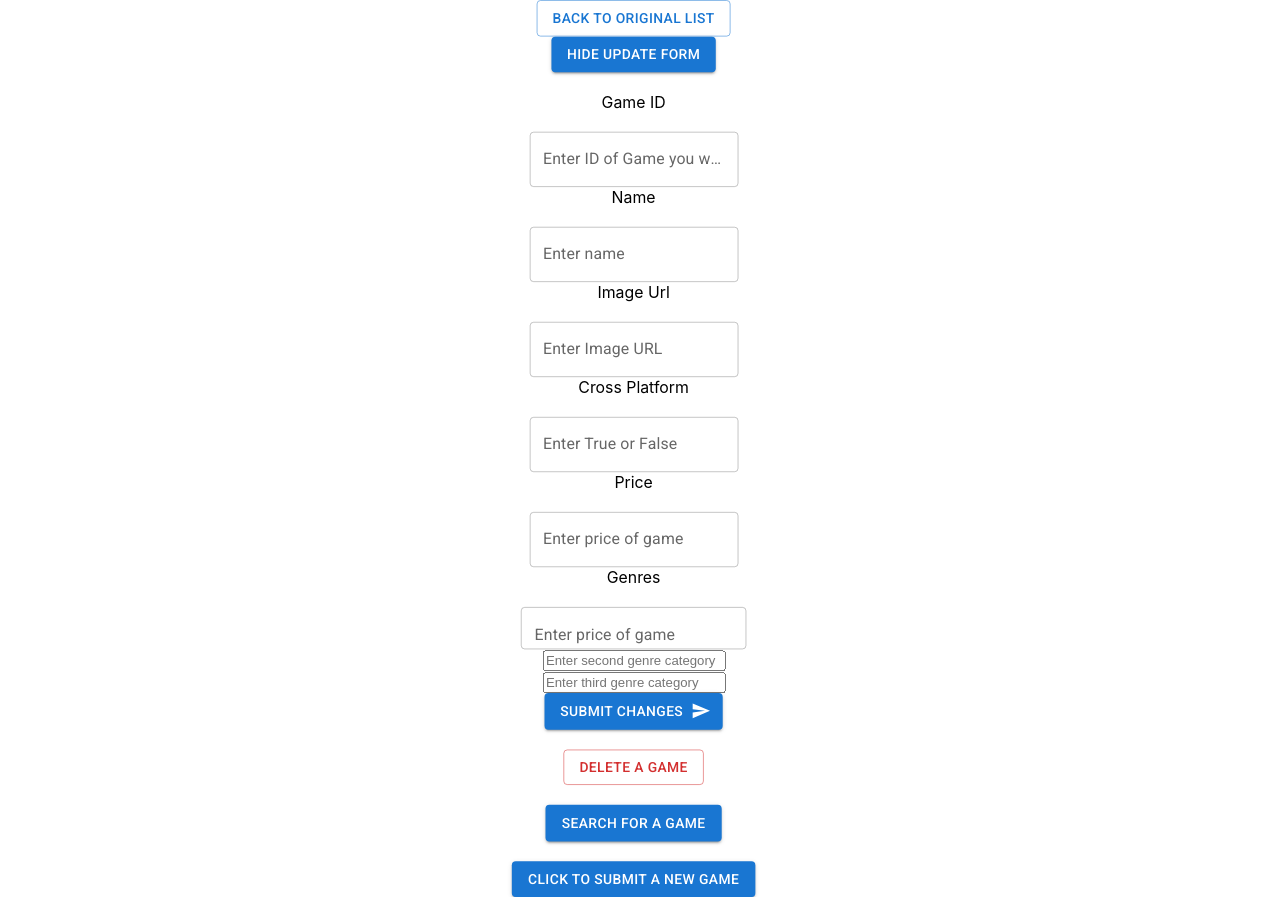
Repository: The-Software-Guild/assessment-2-react-nj10deadend
Page: / (app in Part-2/React-section/frontend/), after clicking the first element matching `button.MuiButton-contained`
The author's editor kept a copy of each file at every save. The page is drawn from the files as they stood at one save, then again after the next save.
The browser window is 1280 px wide. The pictures show the whole page, at 99% of full size.
The page's requests for data from a server got no answer. The project was rebuilt for these pictures with package versions that can differ from the ones it lists, and the page was loaded fresh each time. No one was signed in, and anything a server would have sent is missing. Also part of the build but not shown: Part-2/React-section/frontend/src/components/GameCards.js.

Above is the page before, as saved 2021-12-19 22:33:56.

After the next save:
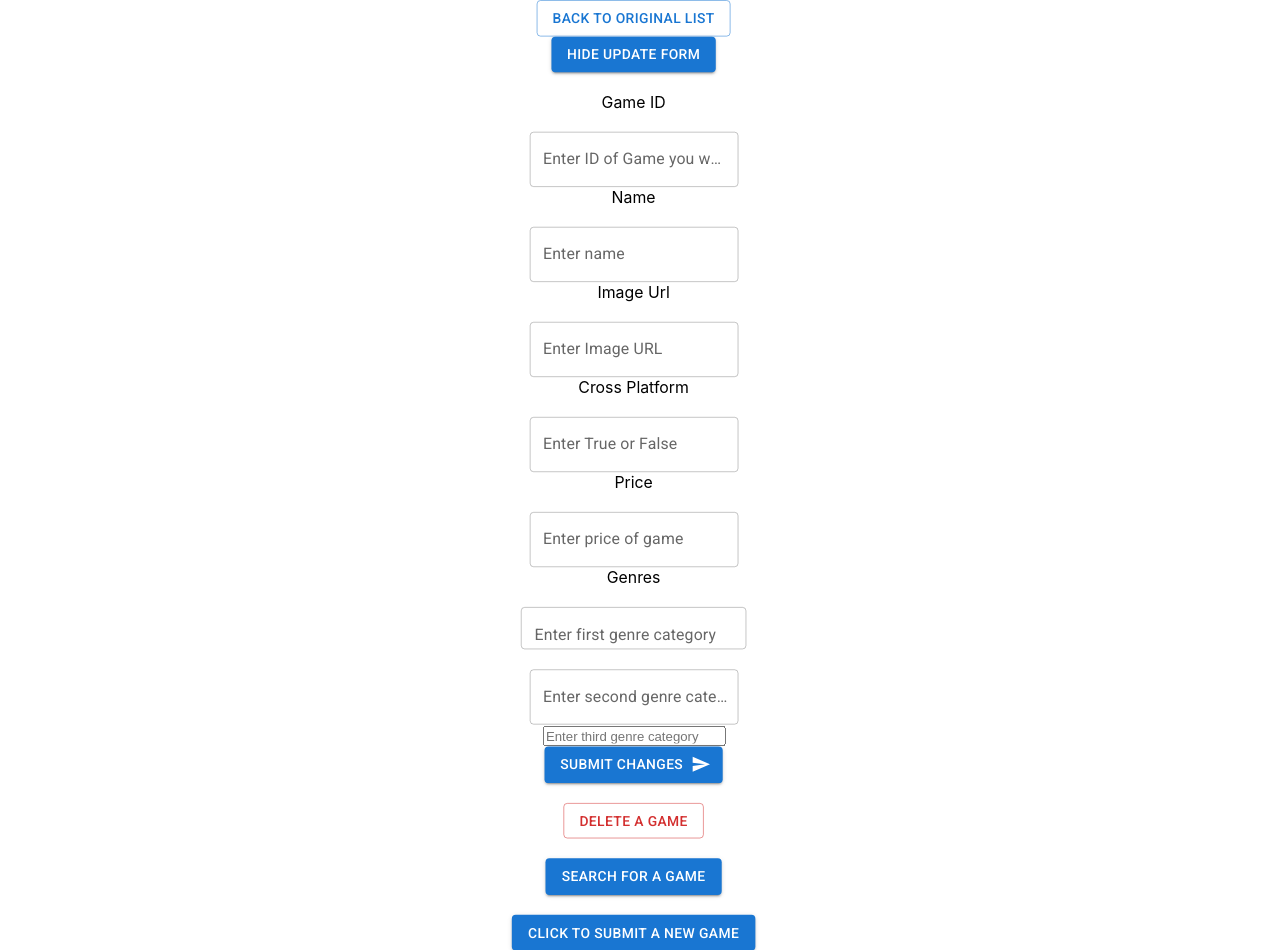
Saved 87 s later.
--- a/Part-2/React-section/frontend/src/components/UpdateGame.js
+++ b/Part-2/React-section/frontend/src/components/UpdateGame.js
@@ -114,14 +114,20 @@ function UpdateGame ({getFetchGameServer}) {
                                 <br></br>
                                 {/* <input type="text" name="genre1" placeholder="Enter first genre category" id="genre1"
                                 value={genres[0]} onChange={(event) => {setGenres([event.target.value, genres[1], genres[2]])}}/> */}
-                                <TextField id="outlined-basic6" label="Enter price of game"
+                                <TextField id="outlined-basic6" label="Enter first genre category"
                                 variant="outlined"
                                 onChange={(event) => {setGenres([event.target.value, genres[1], genres[2]])}}
                                 value = {genres[0]}
                                 />
                                 <br></br>
-                                <input type="text" name="genre2" placeholder="Enter second genre category" id="genre2"
-                                value={genres[1]} onChange={(event) => {setGenres([genres[0], event.target.value, genres[2] ])}}/>
+                                <br></br>
+                                {/* <input type="text" name="genre2" placeholder="Enter second genre category" id="genre2"
+                                value={genres[1]} onChange={(event) => {setGenres([genres[0], event.target.value, genres[2] ])}}/> */}
+                                <TextField id="outlined-basic7" label="Enter second genre category"
+                                variant="outlined"
+                                onChange={(event) => {setGenres([genres[0], event.target.value, genres[2] ])}}
+                                value = {genres[1]}
+                                />
                                 <br></br>
                                 <input type="text" name="genre3" placeholder="Enter third genre category" id="genre3"
                                 value={genres[2]} onChange={(event) => {setGenres([genres[0], genres[1], event.target.value])}}/>
